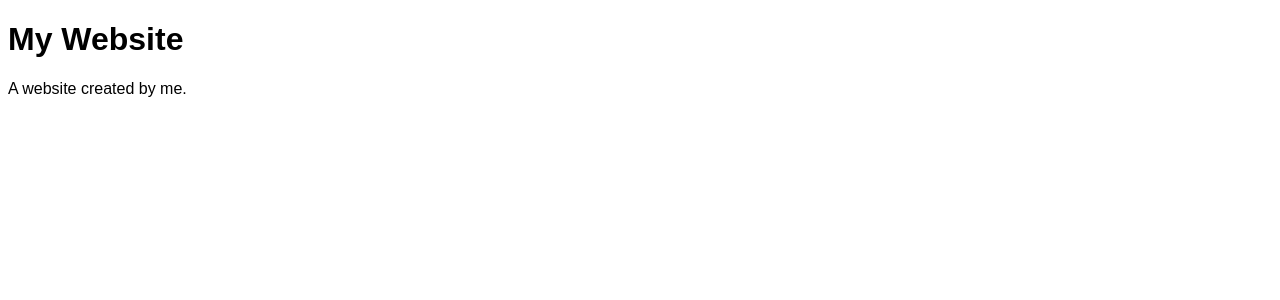
Repository: Dogueen/miniProyectoUniversidad
Page: miniProyecto/miniProyecto.html
An editor plug-in stored every save of this project. The page is shown before and after the next save, followed by the edit.
The browser window is 1280 px wide. The pictures show the whole page.

Above is the page before, as saved 2023-10-27 15:37:20.

### miniProyecto/miniProyecto.html
<!DOCTYPE html>
<html lang="en">

<head>
    <title>Page Title</title>
    <meta charset="UTF-8">
    <meta name="viewport" content="width=device-width, initial-scale=1">
    <style>
        body {
            font-family: Arial, Helvetica, sans-serif;
        }
    </style>
</head>

<body>

    <h1>My Website</h1>
    <p>A website created by me.</p>

</body>

</html>

After the next save:
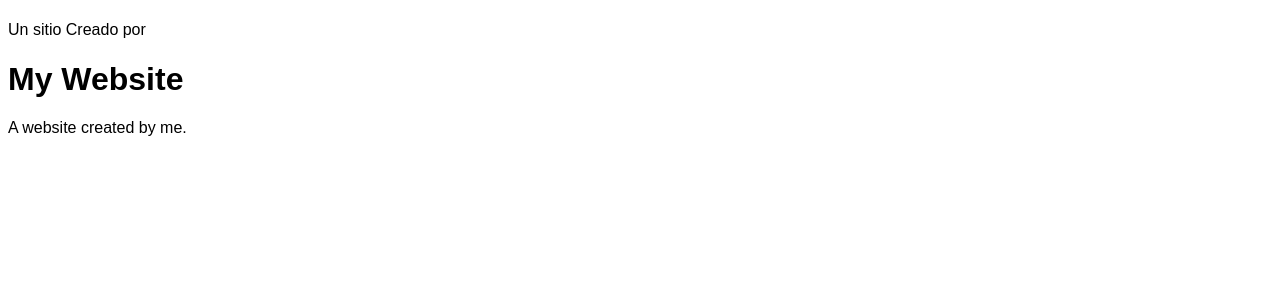
Saved 19 min 59 s later.
--- a/miniProyecto/miniProyecto.html
+++ b/miniProyecto/miniProyecto.html
@@ -1,5 +1,5 @@
 <!DOCTYPE html>
-<html lang="en">
+<html lang="es">
 
 <head>
     <title>Page Title</title>
@@ -14,9 +14,12 @@
 
 <body>
 
-    <h1>My Website</h1>
-    <p>A website created by me.</p>
-
+    <h1></h1>
+    <p>Un sitio Creado por</p>
+    <div class="header">
+        <h1>My Website</h1>
+        <p>A website created by me.</p>
+      </div>
 </body>
 
 </html>
